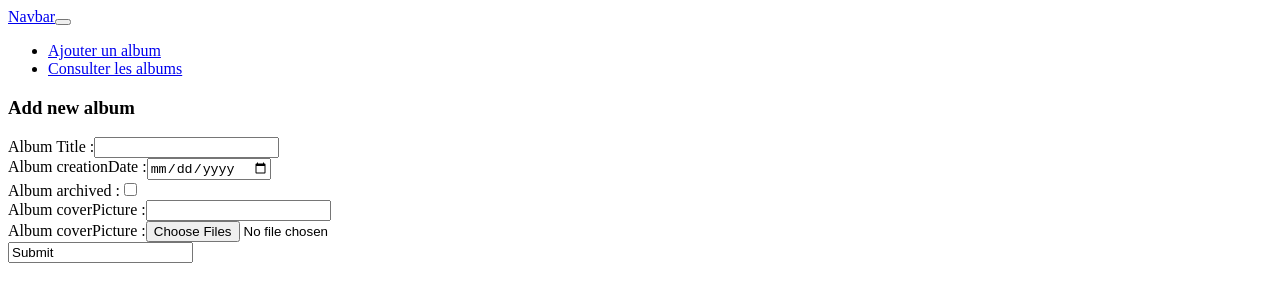
Repository: yassinecher/TestCC4SAE6
Page: /albums/add
The author's editor kept a copy of each file at every save. The page is drawn from the files as they stood at one save, then again after the next save.
The browser window is 1280 px wide. The pictures show the whole page.
The project was rebuilt for these pictures with package versions that can differ from the ones it lists, and the page was loaded fresh each time. Also part of the build but not shown: angular.json, src/app/components/albums/albums.component.ts, src/app/components/not-found/not-found.component.ts.

Above is the page before, as saved 2024-12-20 14:54:16.

After the next save:
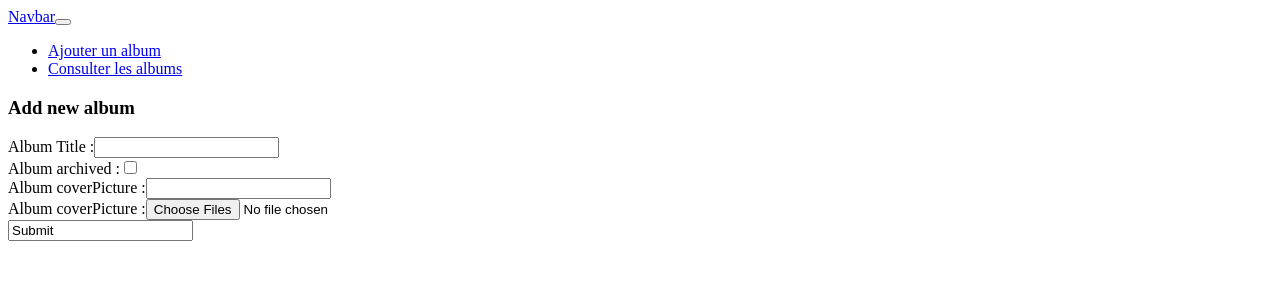
Saved 15 s later.
--- a/src/app/components/add-albums/add-albums.component.html
+++ b/src/app/components/add-albums/add-albums.component.html
@@ -10,20 +10,9 @@
                 <div class="alert alert-danger" *ngIf="album.get('title')!.invalid
                 && (album.get('title')!.touched||album.get('title')!.dirty)">
                     <div *ngIf="album.get('title')!.hasError('required')">
-                        album number is required</div>
+                        album Title is required</div>
                     <div *ngIf="album.get('title')!.hasError('pattern')">
-                        album number invalid</div>
-                </div>
-            </div>
-            <div class="mb-3">
-                <label>Album creationDate :</label>
-                <input type="date" class="form-control" formControlName="creationDate">
-                <div class="alert alert-danger" *ngIf="album.get('creationDate')!.invalid
-                && (album.get('creationDate')!.touched||album.get('creationDate')!.dirty)">
-                    <div *ngIf="album.get('title')!.hasError('required')">
-                        album number is required</div>
-                    <div *ngIf="album.get('title')!.hasError('pattern')">
-                        album number invalid</div>
+                        album Title invalid</div>
                 </div>
             </div>
             <div class="mb-3">
